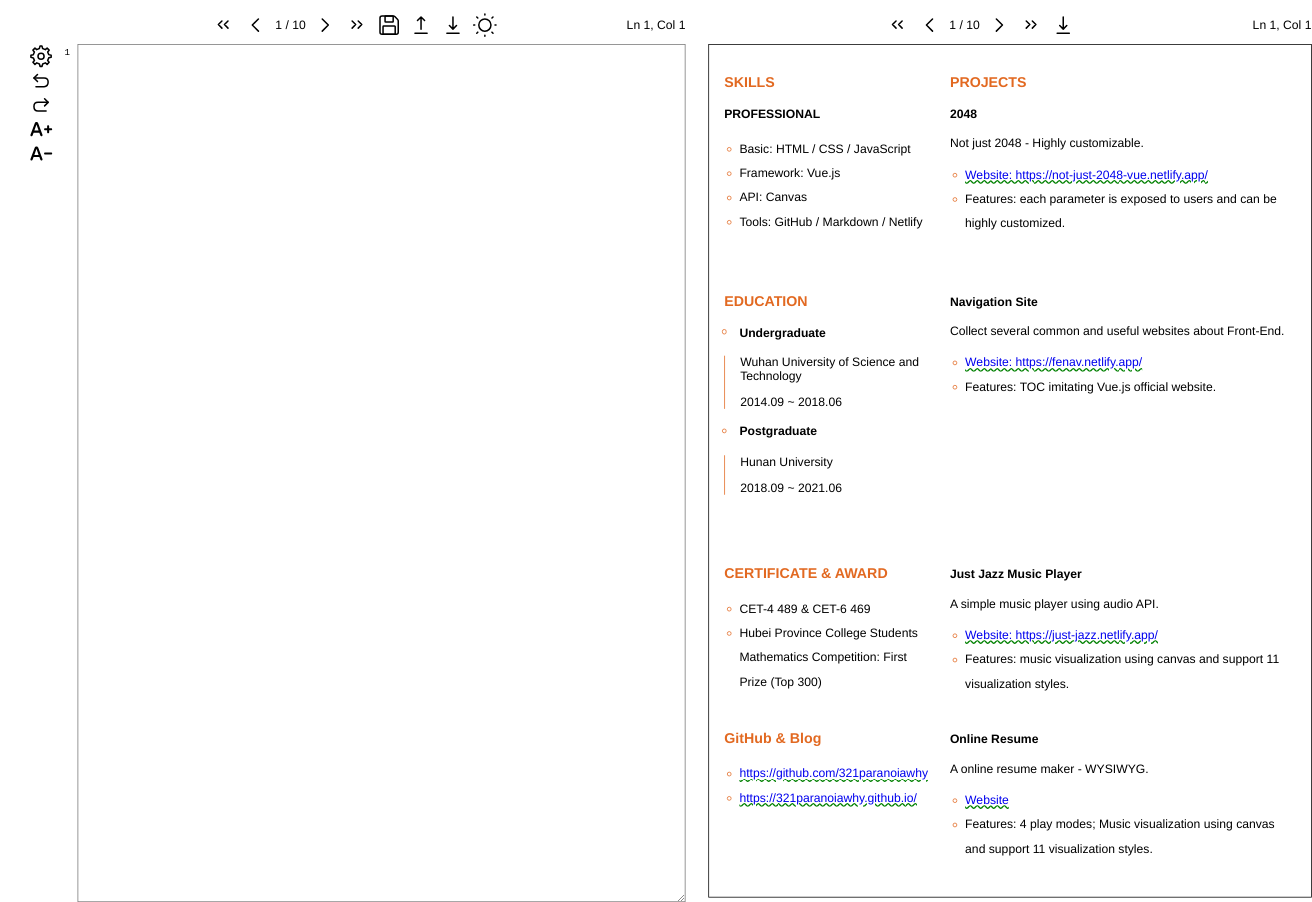
Repository: 321paranoiawhy/online-resume
Page: /
These files come from the project's save history. The page is drawn as it stood at one moment and after the next save; the edit follows.
The browser window is 1280 px wide. The page is 1726 px wide, so the pictures cover 1726 px, including what lies to the right of the window. The pictures show the whole page, at 76% of full size.
The project was rebuilt for these pictures with package versions that can differ from the ones it lists, and the page was loaded fresh each time. Also part of the build but not shown: vue.config.js, src/components/Header.vue, src/components/Introduction.vue, src/components/Footer.vue.

Above is the page before, as saved 2022-06-08 17:38:44.

After the next save:
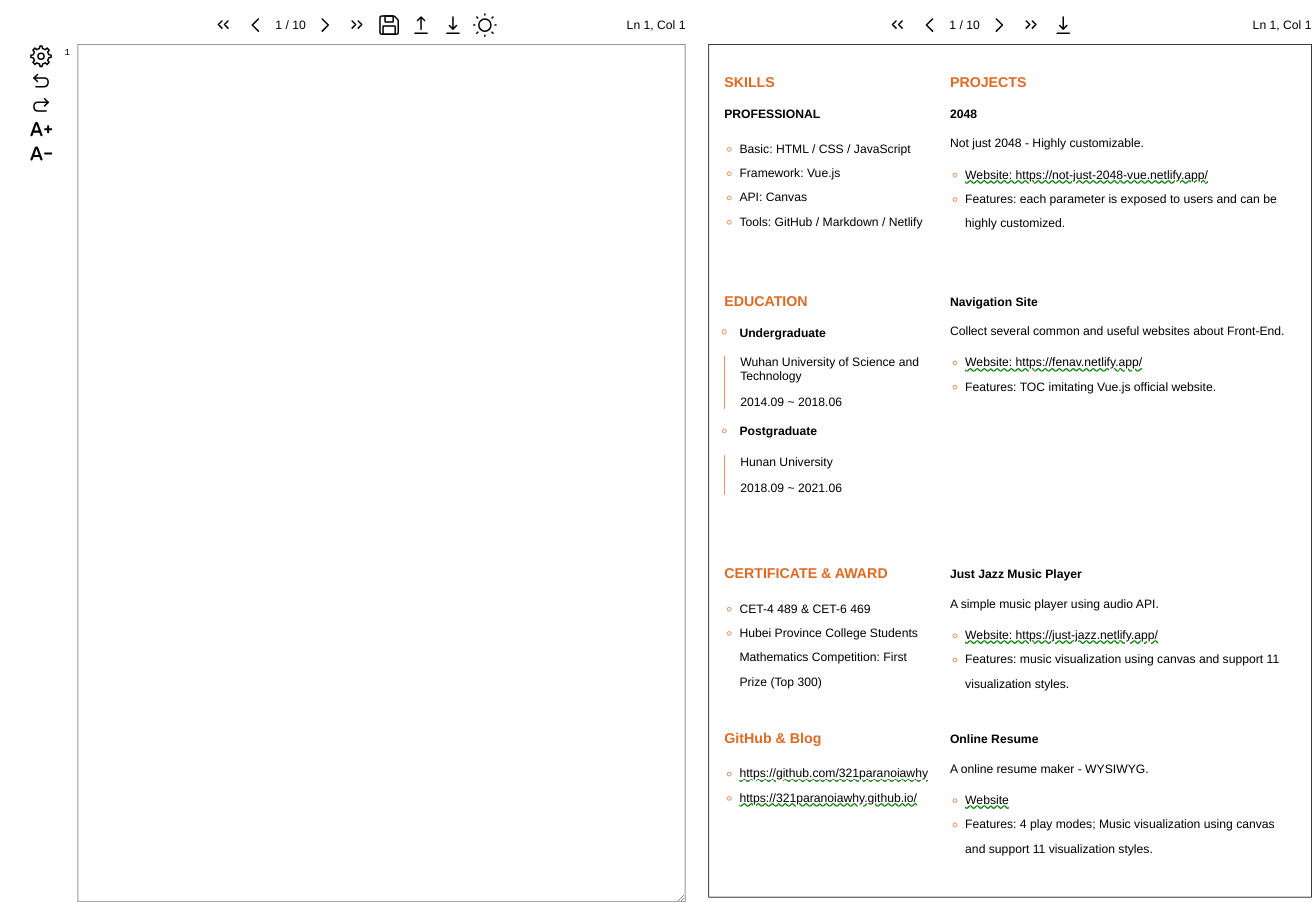
Saved 22 s later.
--- a/src/components/testTemplate.vue
+++ b/src/components/testTemplate.vue
@@ -189,6 +189,7 @@ div.grid {
     // }
     & a {
         text-decoration: green wavy underline;
+        color: inherit;
     }
     & div.border {
         border-left: 1px solid #e26921;
